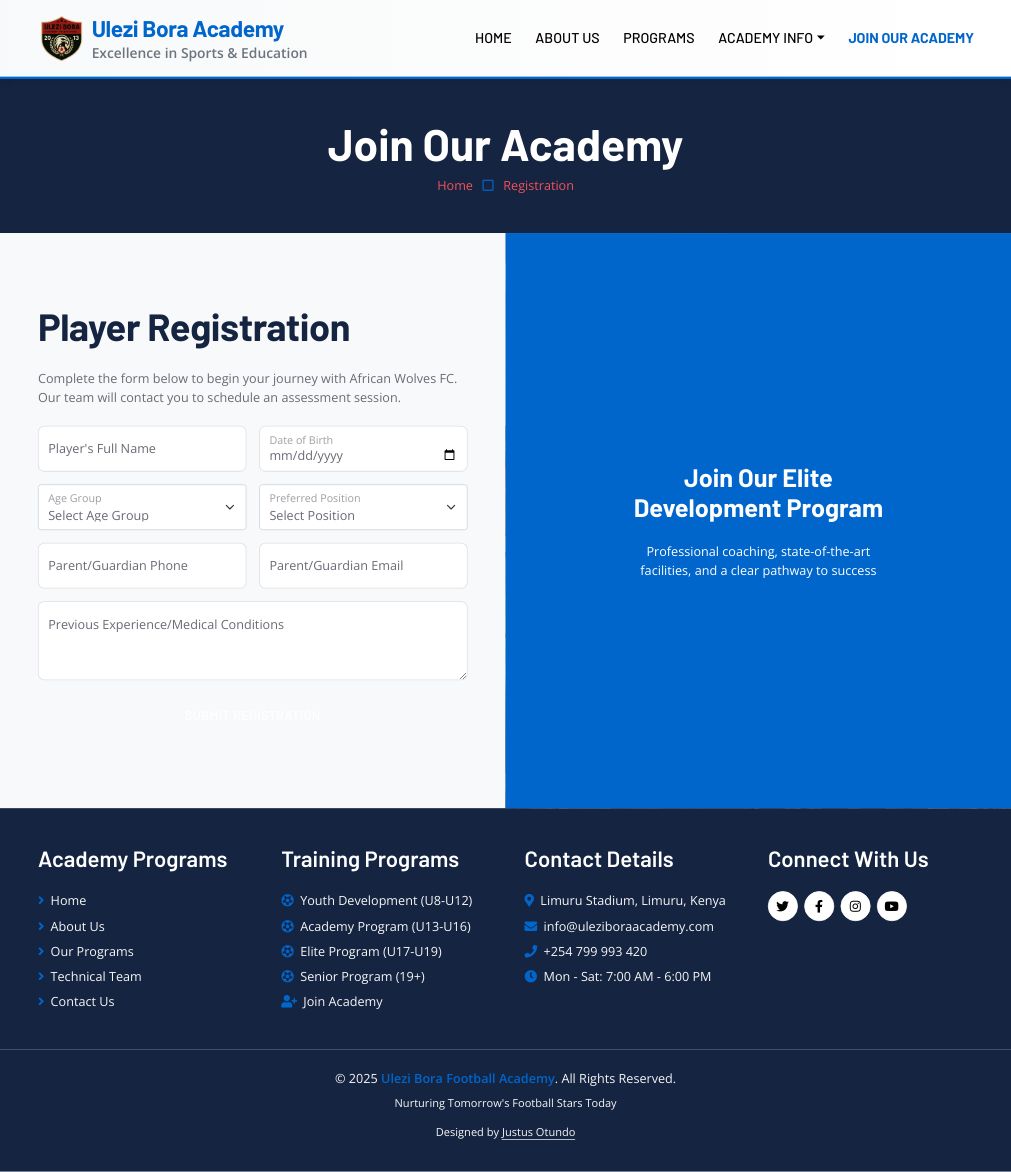
Repository: Justus-Otundo/uleziborafc
Page: registration.html
These files come from the project's save history. The page is drawn as it stood at one moment and after the next save; the edit follows.
The browser window is 1280 px wide. The pictures show the whole page, at 79% of full size.
Some web libraries are served in a nearby version.

Above is the page before, as saved 2025-08-15 14:43:49.

After the next save:
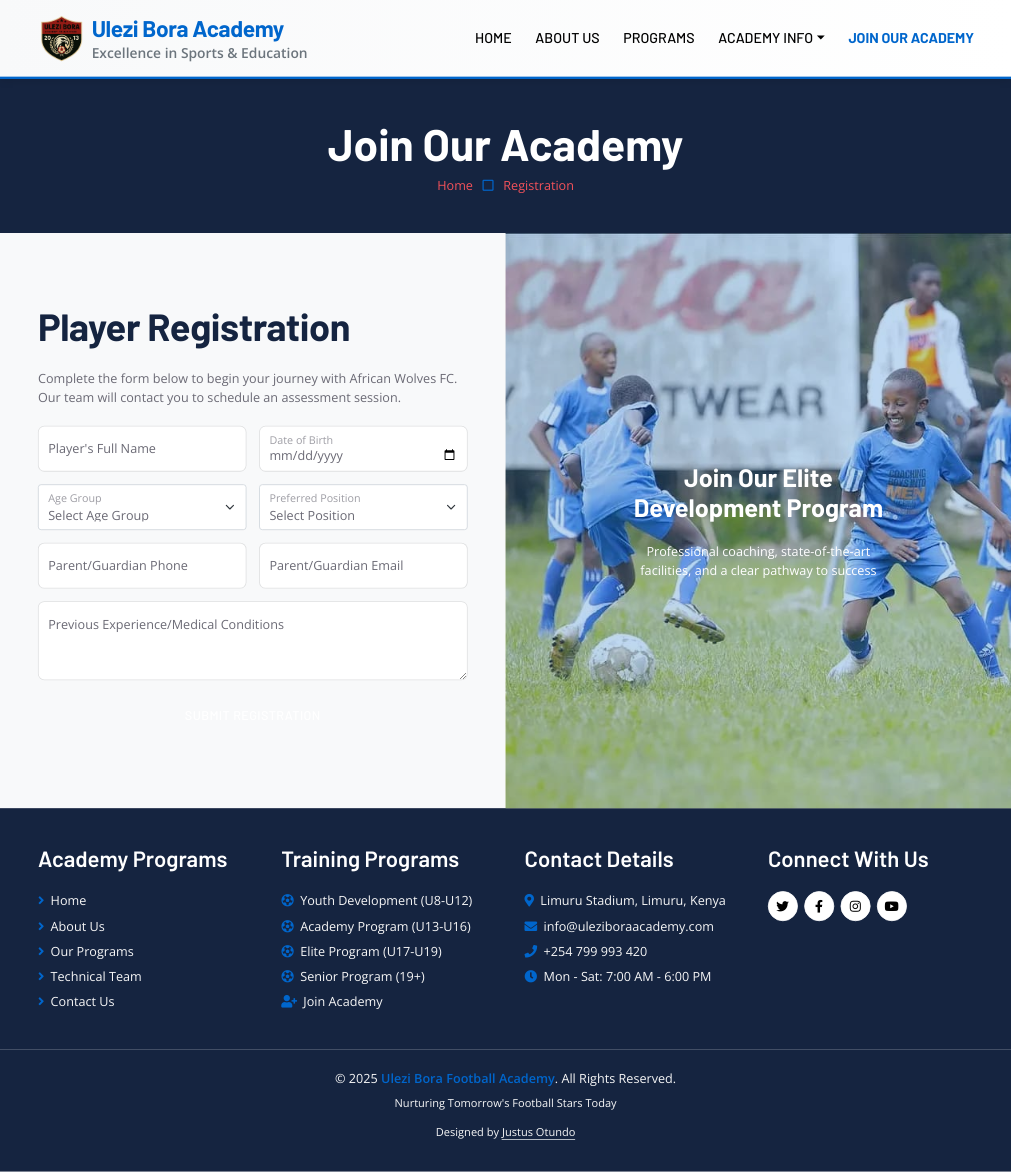
Saved 5 min 37 s later.
--- a/registration.html
+++ b/registration.html
@@ -123,9 +123,9 @@
             </div>
             <div class="col-lg-6" style="min-height: 400px;">
                 <div class="position-relative h-100">
-                    <img class="position-absolute w-100 h-100" src="img/training.jpg" style="object-fit: cover;">
-                    <div class="position-absolute top-0 start-0 w-100 h-100 bg-primary opacity-25"></div>
-                    <div class="position-absolute top-50 start-50 translate-middle text-center text-white">
+                     <img class="position-absolute w-100 h-100" src="img/img3.jpg" style="object-fit: cover; object-position: center;">
+                     <div class="position-absolute top-0 start-0 w-100 h-100 bg-primary" style="opacity: 0.25;"></div>
+                     <div class="position-absolute top-50 start-50 translate-middle text-center text-white">
                         <h2 class="text-white mb-4">Join Our Elite Development Program</h2>
                         <p class="mb-0">Professional coaching, state-of-the-art facilities, and a clear pathway to success</p>
                     </div>
